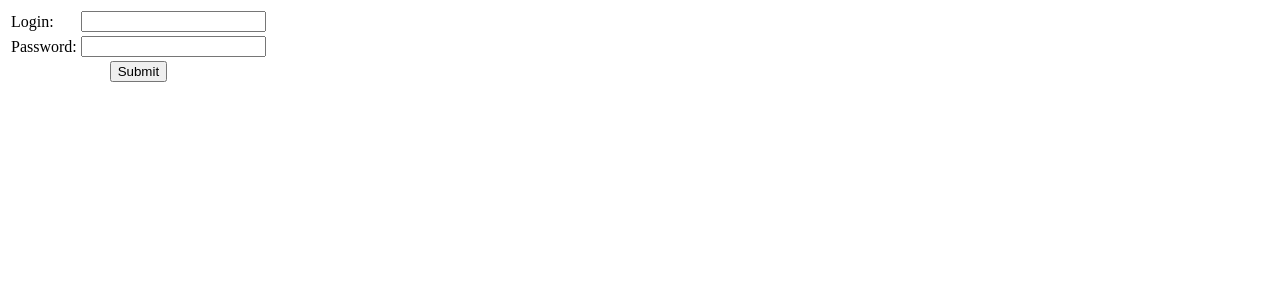
Repository: student084/java-ee-Web
Page: ServletSession/WebRoot/MyHtml.html
An editor plug-in stored every save of this project. The page is shown before and after the next save, followed by the edit.
The browser window is 1280 px wide. The pictures show the whole page.

Above is the page before, as saved 2017-02-11 10:16:23.

After the next save:
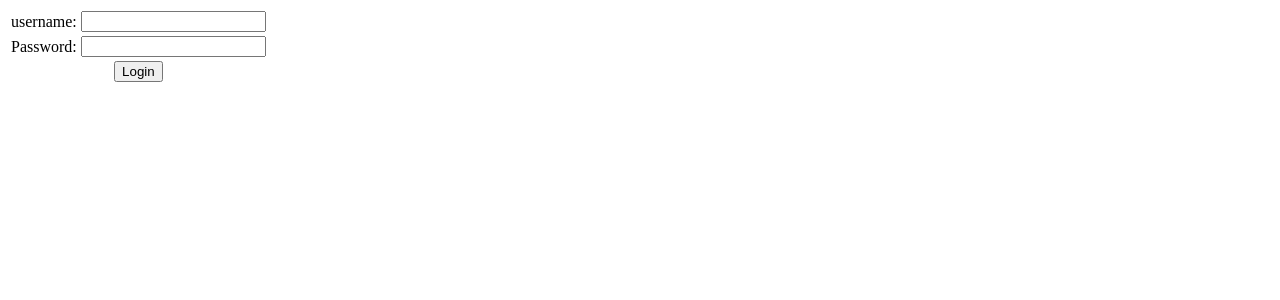
Saved 46 s later.
--- a/ServletSession/WebRoot/MyHtml.html
+++ b/ServletSession/WebRoot/MyHtml.html
@@ -15,15 +15,15 @@
     <form name="f1" id="f1" action="" method="post">
       <table border="0">
         <tr>
-          <td>Login:</td>
-          <td><input type="text" name="login" id="login"></td>
+          <td>username:</td>
+          <td><input type="text" name="username"></td>
         </tr>
         <tr>
           <td>Password:</td>
-          <td><input type="password" name="password" id="password"></td>
+          <td><input type="password" name="password"></td>
         </tr>
         <tr>
-          <td colspan="2" align="center"><input type="submit"></td>
+          <td colspan="2" align="center"><input type="submit" value="Login"></td>
         </tr>
       </table>
     </form>
